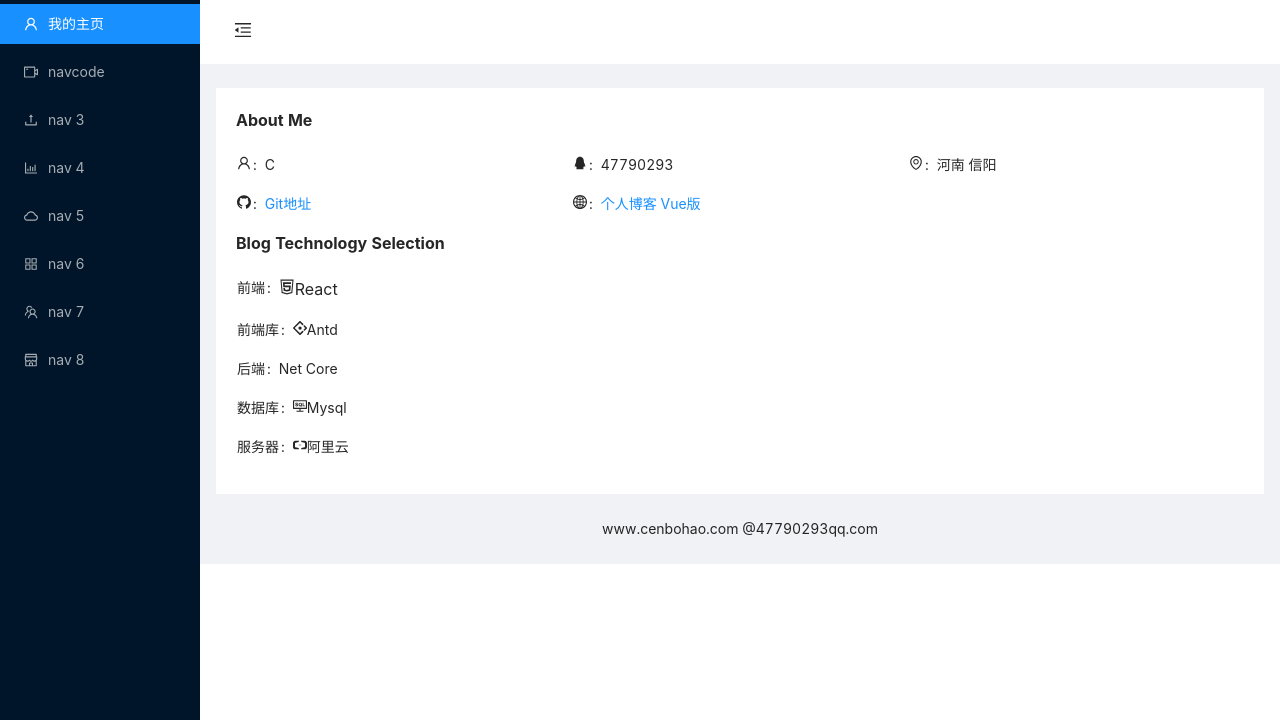
Repository: CBH20010703/bolgsweb
Page: /index (app in blogs/)
The author's editor kept a copy of each file at every save. The page is drawn from the files as they stood at one save, then again after the next save.
The browser window is 1280 px wide. The pictures show the whole page.
The project was rebuilt for these pictures with package versions that can differ from the ones it lists, and the page was loaded fresh each time. Also part of the build but not shown: blogs/src/view/Login/Login.jsx, blogs/src/component/Menu/MenuList.css, blogs/src/view/Home/Home.css, blogs/src/view/NavCode/NavCode.css, blogs/src/view/NavCode/NavCode.jsx, blogs/src/view/404/Error.jsx.

Above is the page before, as saved 2021-06-27 22:49:22.

### blogs/src/index.js
import React from 'react';
import ReactDOM from 'react-dom';
import './index.css';
import App from './App';
import { BrowserRouter} from 'react-router-dom'


ReactDOM.render(<BrowserRouter><App /></BrowserRouter>,document.getElementById('root'));

### blogs/src/App.js
import './App.css';
import { React, Component } from "react";

import  RouterMap from "./router/RouterMap"
export default class  App extends Component {
  constructor(props) {
    super(props);
    this.state = {  collapsed: false, }
  }
  toggle = (data) => {
     console.log(data)
    this.setState({
      collapsed: data,
    });
  };
  render() {
    return (
      <RouterMap/>
    );
  }
}

### blogs/src/router/RouterMap.js
import React from 'react'
import {  Route, Switch} from 'react-router-dom'
import Login from "../view/Login/Login"
import Context from '../view/context/context'
import Error from '../view/404/Error'
export default class RouterMap  extends React.Component {
    render() {
        return (


            <Switch>
                 <Route  path="/"  component={Context}/>
                <Route path="/login" component={Login} />

                    <Route path="*" component={Error} />

               </Switch>


        )
    }
}

### blogs/src/view/context/context.jsx

import { React, Component } from "react";
import Headers from '../../component/Header/Headers';
import MenuList from '../../component/Menu/MenuList';
import Footers from '../../component/Footer/Footers';

import { Layout } from 'antd';
import { Redirect, Route, Switch } from 'react-router-dom'
import Home from "../Home/Home.jsx";
import Navcode from "../NavCode/NavCode.jsx"
import Error from "../404/Error";
const { Content, Sider } = Layout;
export default class Context extends Component {
  constructor(props) {
    super(props);
    this.state = { collapsed: false, }
  }
  toggle = (data) => {
    console.log(data)
    this.setState({
      collapsed: data,
    });
  };
  render() {
    return (

      <Layout>
        <Sider trigger={null} collapsible collapsed={this.state.collapsed}
          style={{
            overflow: 'auto',
            height: '100vh',
            position: 'fixed',
            left: 0,
          }}
        >
          <MenuList />
        </Sider>
        <Layout className="site-layout" style={{ paddingLeft: this.state.collapsed ? "60px" : "200px", transition: "0.1s ease" }}>
          <Headers toggle={this.toggle} parent={this.state.collapsed}></Headers>
          <Content style={{ margin: '24px 16px 0', height: "auto", background: "#fff" }}>
            <Switch>
              <Route path="/index" component={Home} />
              <Route path="/NavCode" component={Navcode} />
              <Route path="*" component={Error} />
              <Redirect to="/index"></Redirect>
            </Switch>
          </Content>
          <Footers />
        </Layout>
      </Layout>


    );
  }
}

### blogs/src/component/Header/Headers.jsx
import React, { Component } from 'react'
import { Layout } from 'antd';


import {
  MenuUnfoldOutlined,
  MenuFoldOutlined,
} from '@ant-design/icons';
import "./Headers.css"
const { Header } = Layout;
export default class Headers extends Component {
    constructor(props) {
        super(props)
        this.state = {
            isShow:false
        }
    }
    Tab = () => {
        let { isShow } = this.state;
        this.setState({
            isShow:!isShow
        })
        this.props.toggle(!isShow);

    }
    render() {

        return (

                <Header className="site-layout-background" style={{ paddingLeft:"10px" }} >
                     {React.createElement(this.state.isShow ? MenuUnfoldOutlined : MenuFoldOutlined, {
              className: 'trigger',
                         onClick: this.Tab,

            })}
                </Header>

        )
    }
}

### blogs/src/component/Menu/MenuList.jsx
import React, { Component } from 'react'
import { Menu } from 'antd';
import {Link} from 'react-router-dom'
import "./MenuList.css"
import {
  AppstoreOutlined,
  BarChartOutlined,
  CloudOutlined,
  ShopOutlined,
  TeamOutlined,
  UserOutlined,
  UploadOutlined,
  VideoCameraOutlined,
} from '@ant-design/icons';
export default class MenuList extends Component {
  render() {
    return (

         <Menu theme="dark" mode="inline" defaultSelectedKeys={['1']}>
          <Menu.Item key="1"  icon={<UserOutlined />}>
          <Link to="/index"> 我的主页
            </Link>

          </Menu.Item>
          <Menu.Item key="2" icon={<VideoCameraOutlined />}>
          <Link to="/NavCode"> navcode
            </Link>

          </Menu.Item>
          <Menu.Item key="3" icon={<UploadOutlined />}>
            nav 3
          </Menu.Item>
          <Menu.Item key="4" icon={<BarChartOutlined />}>
            nav 4
          </Menu.Item>
          <Menu.Item key="5" icon={<CloudOutlined />}>
            nav 5
          </Menu.Item>
          <Menu.Item key="6" icon={<AppstoreOutlined />}>
            nav 6
          </Menu.Item>
          <Menu.Item key="7" icon={<TeamOutlined />}>
            nav 7
          </Menu.Item>
          <Menu.Item key="8" icon={<ShopOutlined />}>
            nav 8
          </Menu.Item>
        </Menu>
    )
  }
}

### blogs/src/component/Footer/Footers.jsx
import React, { Component } from 'react'
import { Layout } from 'antd';
const {  Footer } = Layout;
export default class Footers extends Component {
    render() {
        return (
            <div>
               <Footer style={{ textAlign: 'center' }}>www.cenbohao.com @47790293qq.com</Footer>
            </div>
        )
    }
}

### blogs/src/view/Home/Home.jsx
import React, { Component } from 'react'
import "./Home.css"
import { Descriptions } from 'antd';
import { UserOutlined, QqOutlined, EnvironmentOutlined, GithubOutlined, ConsoleSqlOutlined, AliyunOutlined, GlobalOutlined, Html5Outlined, AntDesignOutlined } from '@ant-design/icons';
export default class Home extends Component {

    handleClick = e => {
        console.log('click ', e);
    };
    render() {
        return (

            <div style={{ padding: "20px" }}>
                <Descriptions title="About Me">
                    <Descriptions.Item label={<UserOutlined />}>C</Descriptions.Item>
                    <Descriptions.Item label={<QqOutlined />}>47790293</Descriptions.Item>
                    <Descriptions.Item label={<EnvironmentOutlined />}>河南 信阳</Descriptions.Item>
                    <Descriptions.Item label={<GithubOutlined />}><a href="https://github.com/CBH20010703"  >Git地址</a></Descriptions.Item>
                    <Descriptions.Item label={<GlobalOutlined />} span={2}>
                        <a href="http://www.cenbohao.com/">个人博客 Vue版</a>
                    </Descriptions.Item>
                </Descriptions>

                <Descriptions title="Blog Technology Selection">
                    <Descriptions.Item contentStyle={{ fontSize: "1rem" }} span={3} label="前端"><Html5Outlined /> React</Descriptions.Item>
                    <Descriptions.Item span={3} label="前端库"><AntDesignOutlined />Antd</Descriptions.Item>
                    <Descriptions.Item span={3} label="后端">Net Core</Descriptions.Item>
                    <Descriptions.Item span={3} label="数据库"><ConsoleSqlOutlined />Mysql</Descriptions.Item>
                    <Descriptions.Item span={3} label="服务器"><AliyunOutlined />阿里云</Descriptions.Item>
                </Descriptions>
            </div>

        )
    }
}

### blogs/src/component/Header/Headers.css
.site-layout .site-layout-background {
    background: #fff;
}

 .trigger {
    padding: 0 24px;
    font-size: 18px;
    line-height: 64px;
    cursor: pointer;
    transition: color 0.3s;
}

 .trigger:hover {
    color: #1890ff;
}

Loaded but not shown: blogs/public/index.html (common file); blogs/src/index.css (common file); blogs/src/App.css (common file)

After the next save:
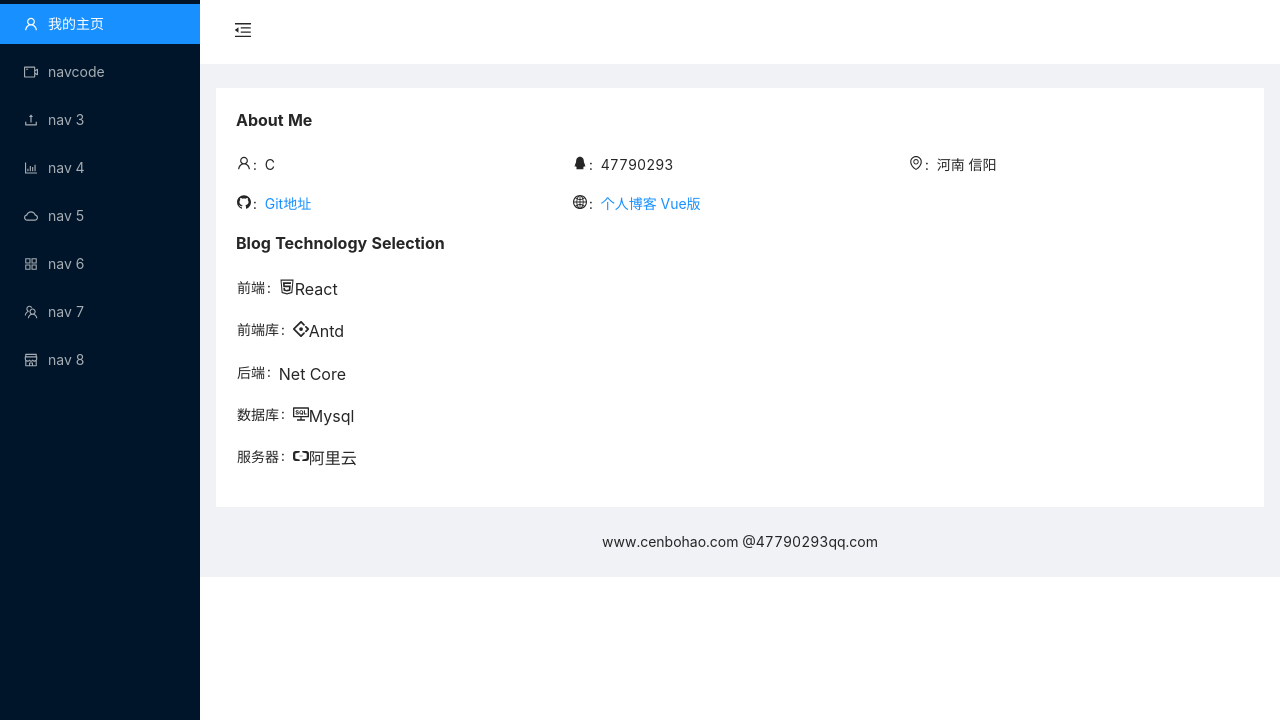
Saved 13 s later.
--- a/blogs/src/view/Home/Home.jsx
+++ b/blogs/src/view/Home/Home.jsx
@@ -23,10 +23,10 @@ export default class Home extends Component {
 
                 <Descriptions title="Blog Technology Selection">
                     <Descriptions.Item contentStyle={{ fontSize: "1rem" }} span={3} label="前端"><Html5Outlined /> React</Descriptions.Item>
-                    <Descriptions.Item span={3} label="前端库"><AntDesignOutlined />Antd</Descriptions.Item>
-                    <Descriptions.Item span={3} label="后端">Net Core</Descriptions.Item>
-                    <Descriptions.Item span={3} label="数据库"><ConsoleSqlOutlined />Mysql</Descriptions.Item>
-                    <Descriptions.Item span={3} label="服务器"><AliyunOutlined />阿里云</Descriptions.Item>
+                    <Descriptions.Item contentStyle={{ fontSize: "1rem" }} span={3} label="前端库"><AntDesignOutlined />Antd</Descriptions.Item>
+                    <Descriptions.Item contentStyle={{ fontSize: "1rem" }} span={3} label="后端">Net Core</Descriptions.Item>
+                    <Descriptions.Item contentStyle={{ fontSize: "1rem" }} span={3} label="数据库"><ConsoleSqlOutlined />Mysql</Descriptions.Item>
+                    <Descriptions.Item contentStyle={{ fontSize: "1rem" }} span={3} label="服务器"><AliyunOutlined />阿里云</Descriptions.Item>
                 </Descriptions>
             </div>
 
